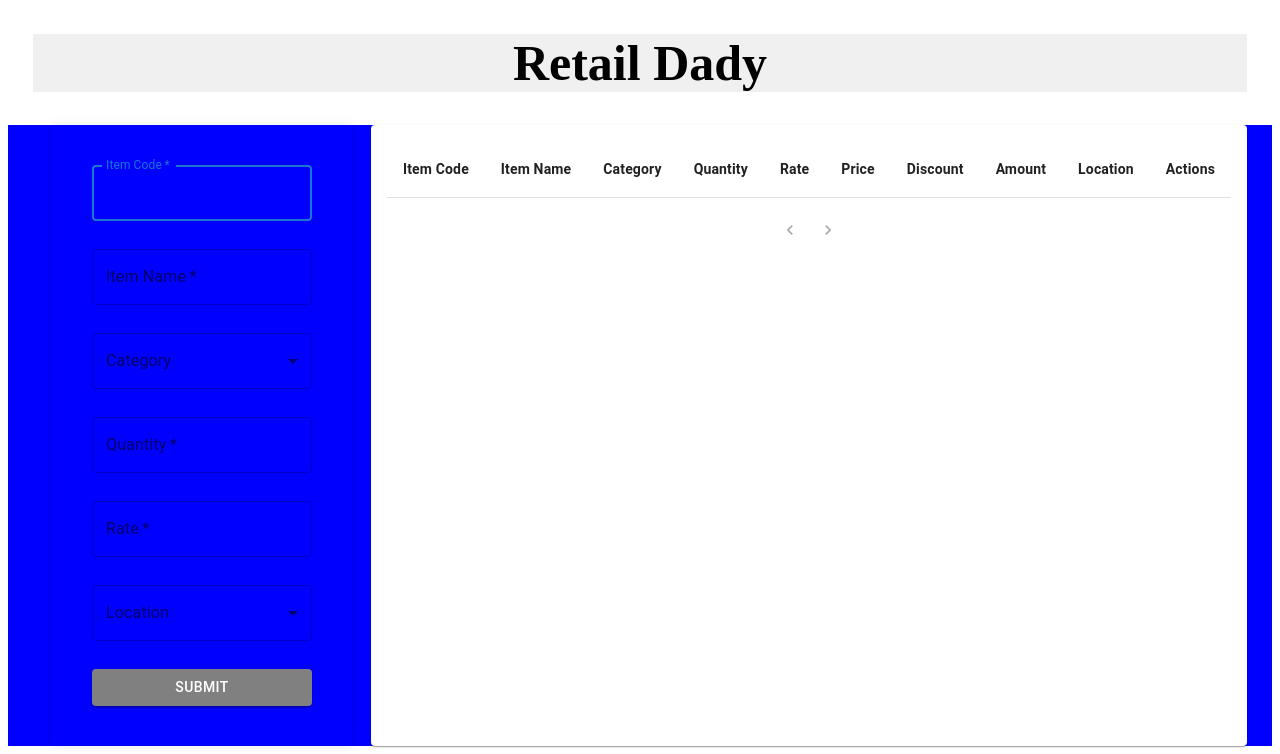
Repository: SharonSebastian32/retail-dady-frontend-app
Page: /
These files come from the project's save history. The page is drawn as it stood at one moment and after the next save; the edit follows.
The browser window is 1280 px wide. The pictures show the whole page.
The page's requests for data from a server got no answer. The project was rebuilt for these pictures with package versions that can differ from the ones it lists, and the page was loaded fresh each time. No one was signed in, and anything a server would have sent is missing. Also part of the build but not shown: vite.config.js, src/components/Childrens/FormDialogue.jsx, src/components/Childrens/ViewDetails.jsx, src/App.css.

Above is the page before, as saved 2024-12-07 21:37:50.

After the next save:
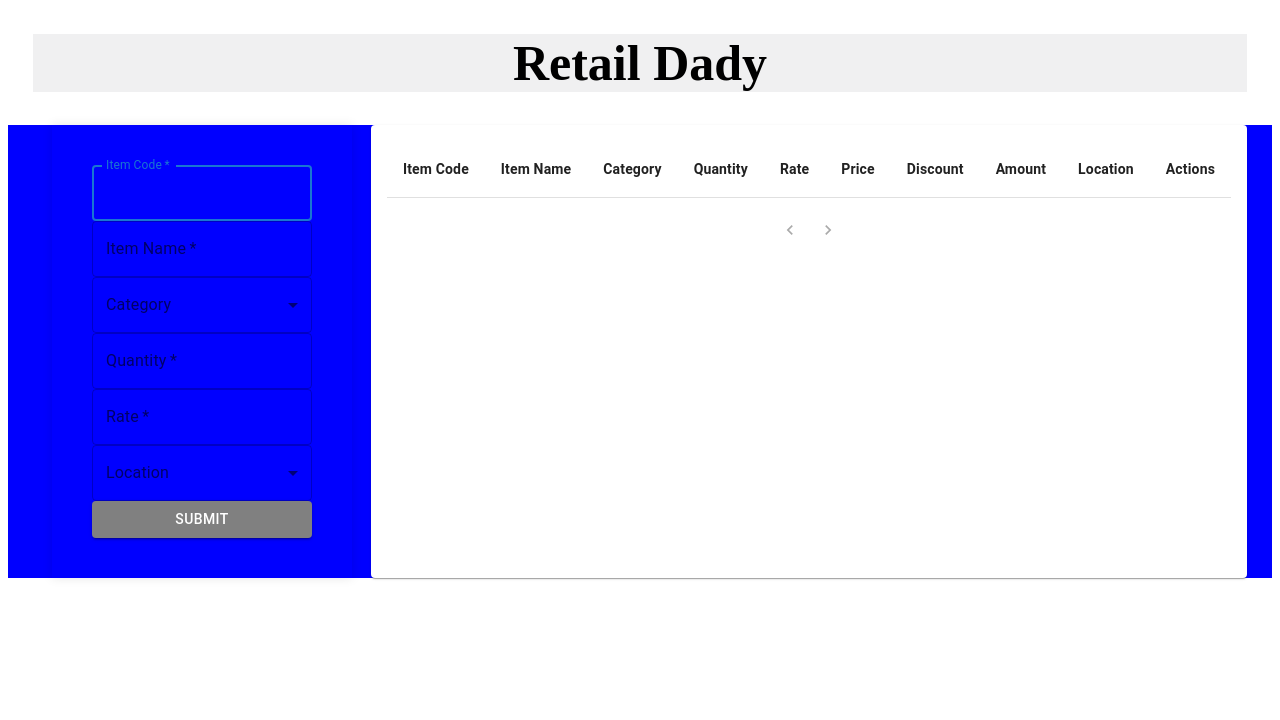
Saved 4 s later.
--- a/src/components/Form.jsx
+++ b/src/components/Form.jsx
@@ -113,7 +113,7 @@
         marginTop: "9px",
         padding: "40px",
         boxShadow: "0px 0px 10px rgba(0, 0, 0, 0.1)",
-        gap: "28px",
+
         display: "flex",
         flexDirection: "column",
         maxWidth: "300px",

After the save that followed:
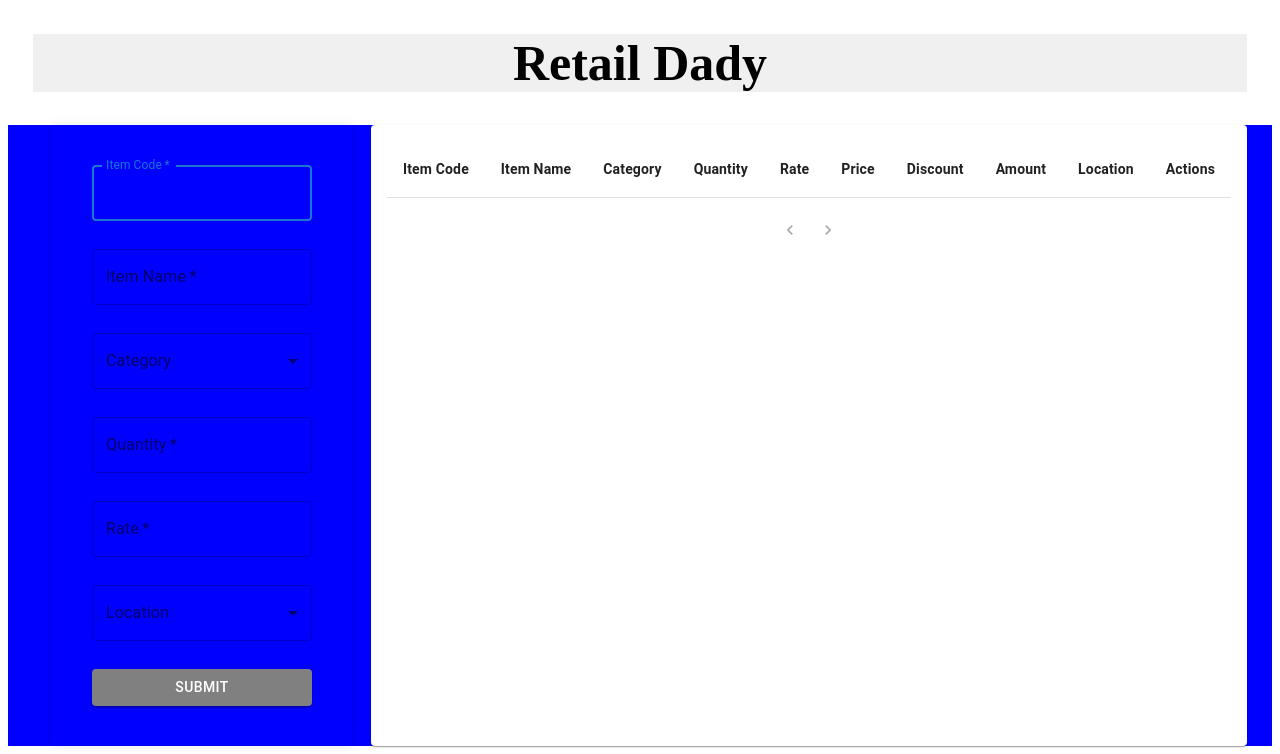
Saved 7 s later.
--- a/src/components/Form.jsx
+++ b/src/components/Form.jsx
@@ -113,7 +113,7 @@
         marginTop: "9px",
         padding: "40px",
         boxShadow: "0px 0px 10px rgba(0, 0, 0, 0.1)",
-
+        gap: "28px",
         display: "flex",
         flexDirection: "column",
         maxWidth: "300px",
